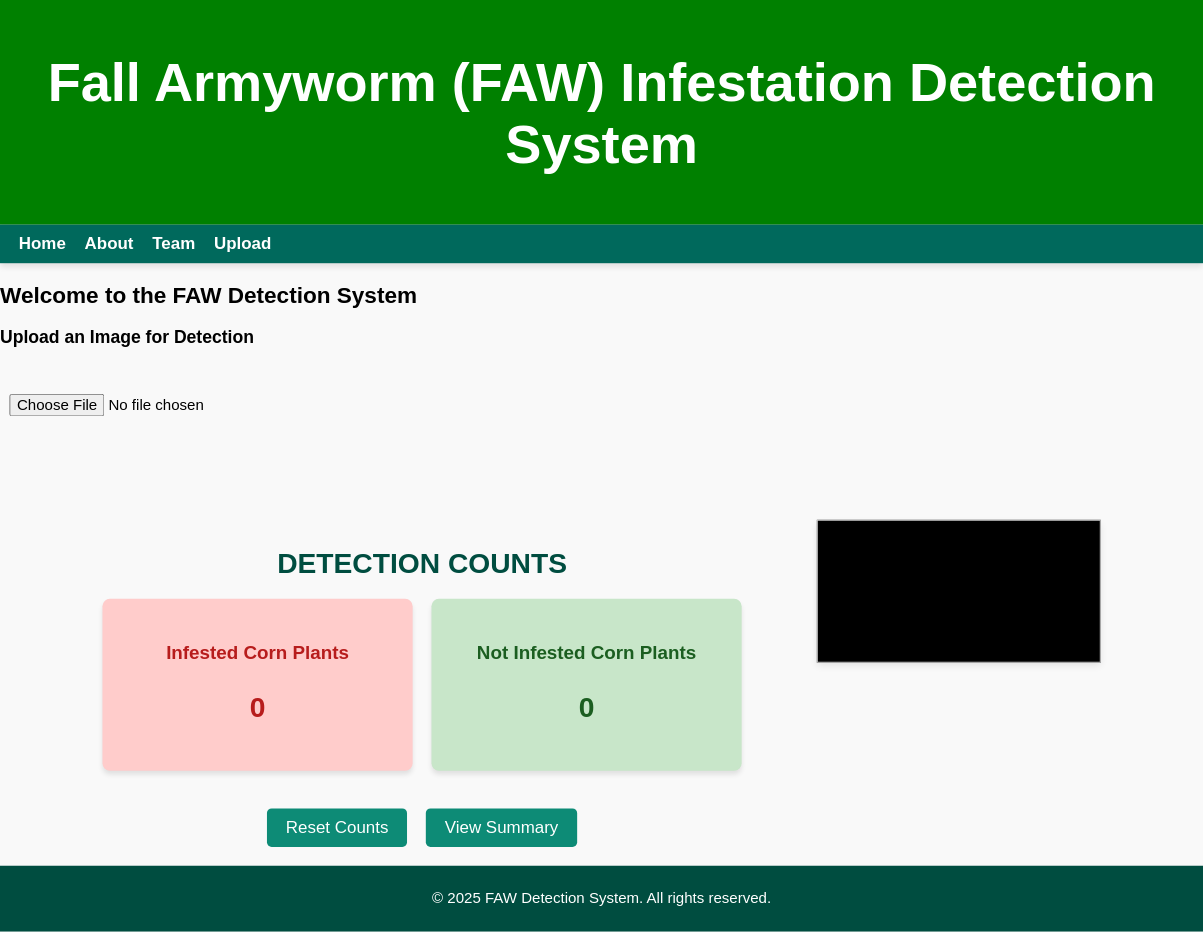
Repository: jansen223/faw-detection-main
Page: /
The author's editor kept a copy of each file at every save. The page is drawn from the files as they stood at one save, then again after the next save.
The browser window is 1280 px wide. The pictures show the whole page, at 94% of full size.
The page's requests for data from a server got no answer. The project was rebuilt for these pictures with package versions that can differ from the ones it lists, and the page was loaded fresh each time. No one was signed in, and anything a server would have sent is missing. Also part of the build but not shown: src/pages/About.css, src/pages/About.js, src/pages/Team.css, src/pages/Team.js, src/pages/Summary.css, src/pages/Summary.js, src/pages/Upload.js.

Above is the page before, as saved 2025-04-14 00:29:00.

After the next save:
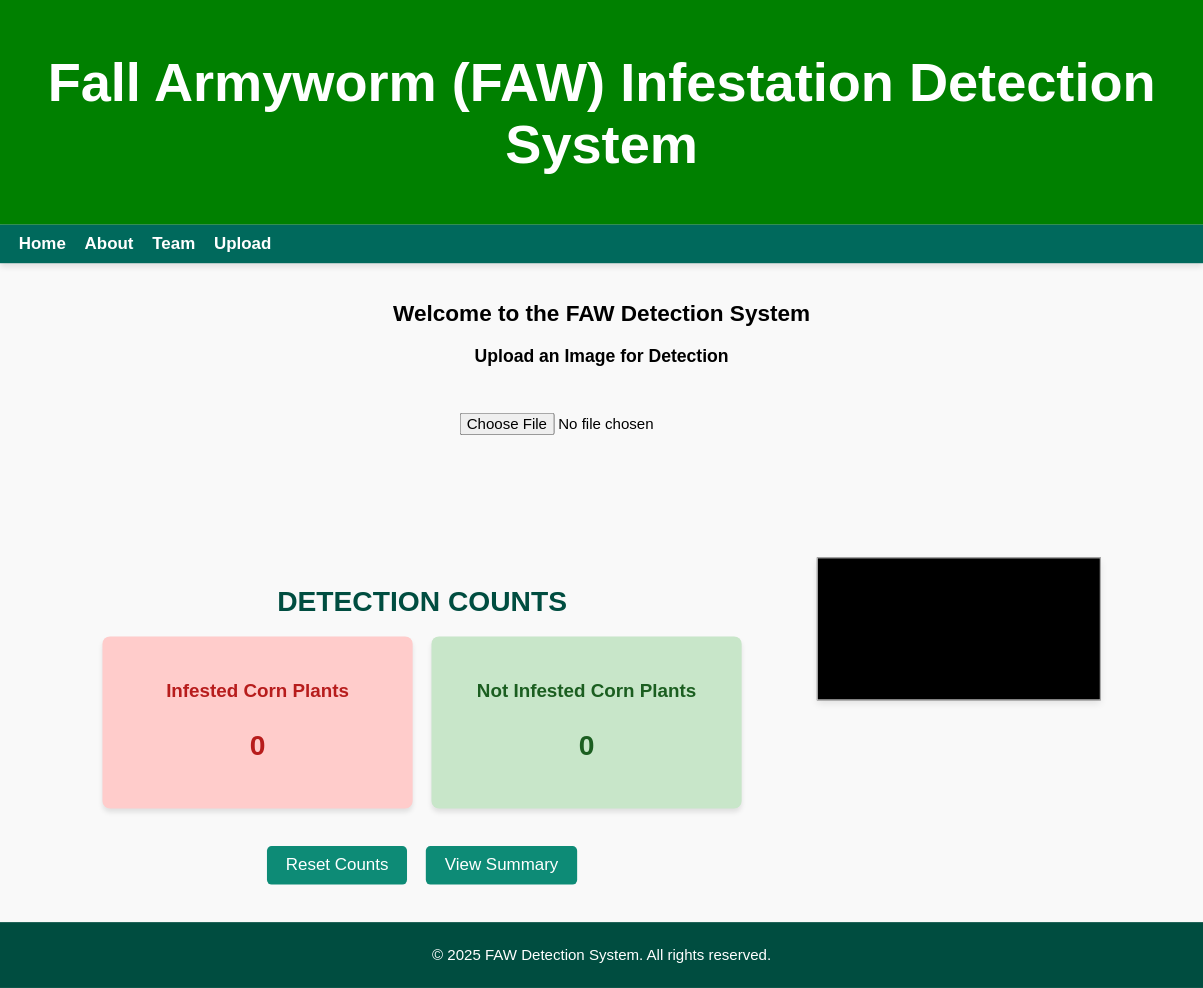
Saved 32 s later.
--- a/src/pages/Home.css
+++ b/src/pages/Home.css
@@ -104,3 +104,44 @@ canvas {
 .view-summary-button:hover {
   background-color: #00695c;
 }
+
+.home-container {
+  text-align: center;
+  padding: 20px;
+}
+
+.upload-section {
+  margin: 20px 0;
+}
+
+.upload-input {
+  margin: 10px 0;
+  padding: 10px;
+  font-size: 16px;
+}
+
+.image-preview {
+  margin: 20px 0;
+}
+
+.image-preview img {
+  max-width: 100%;
+  height: auto;
+  border: 1px solid #ddd;
+  border-radius: 8px;
+  box-shadow: 0 4px 6px rgba(0, 0, 0, 0.1);
+}
+
+.detection-results {
+  margin-top: 20px;
+}
+
+.detection-results ul {
+  list-style: none;
+  padding: 0;
+}
+
+.detection-results li {
+  font-size: 16px;
+  margin: 5px 0;
+}

After the save that followed:
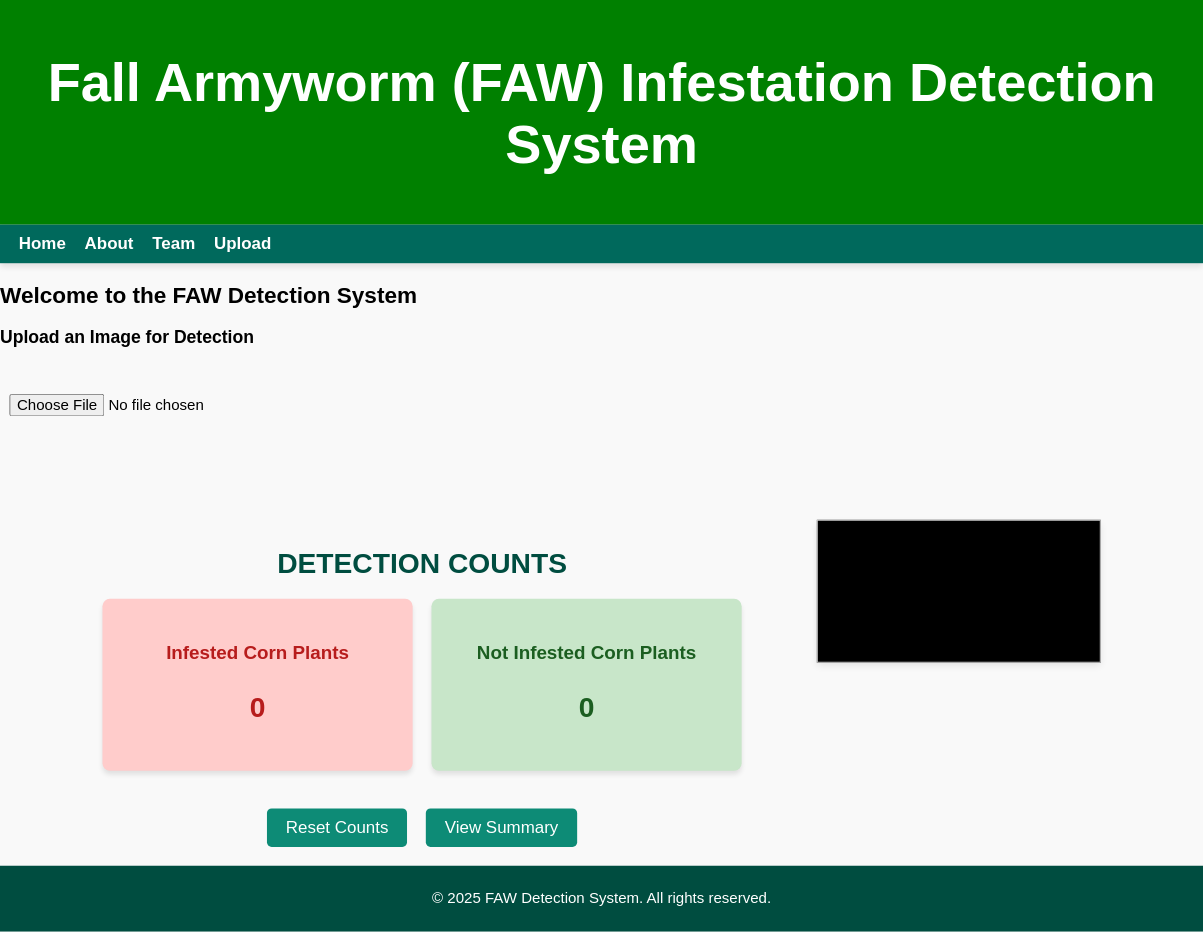
Saved 29 s later.
--- a/src/pages/Home.css
+++ b/src/pages/Home.css
@@ -104,44 +104,3 @@ canvas {
 .view-summary-button:hover {
   background-color: #00695c;
 }
-
-.home-container {
-  text-align: center;
-  padding: 20px;
-}
-
-.upload-section {
-  margin: 20px 0;
-}
-
-.upload-input {
-  margin: 10px 0;
-  padding: 10px;
-  font-size: 16px;
-}
-
-.image-preview {
-  margin: 20px 0;
-}
-
-.image-preview img {
-  max-width: 100%;
-  height: auto;
-  border: 1px solid #ddd;
-  border-radius: 8px;
-  box-shadow: 0 4px 6px rgba(0, 0, 0, 0.1);
-}
-
-.detection-results {
-  margin-top: 20px;
-}
-
-.detection-results ul {
-  list-style: none;
-  padding: 0;
-}
-
-.detection-results li {
-  font-size: 16px;
-  margin: 5px 0;
-}
